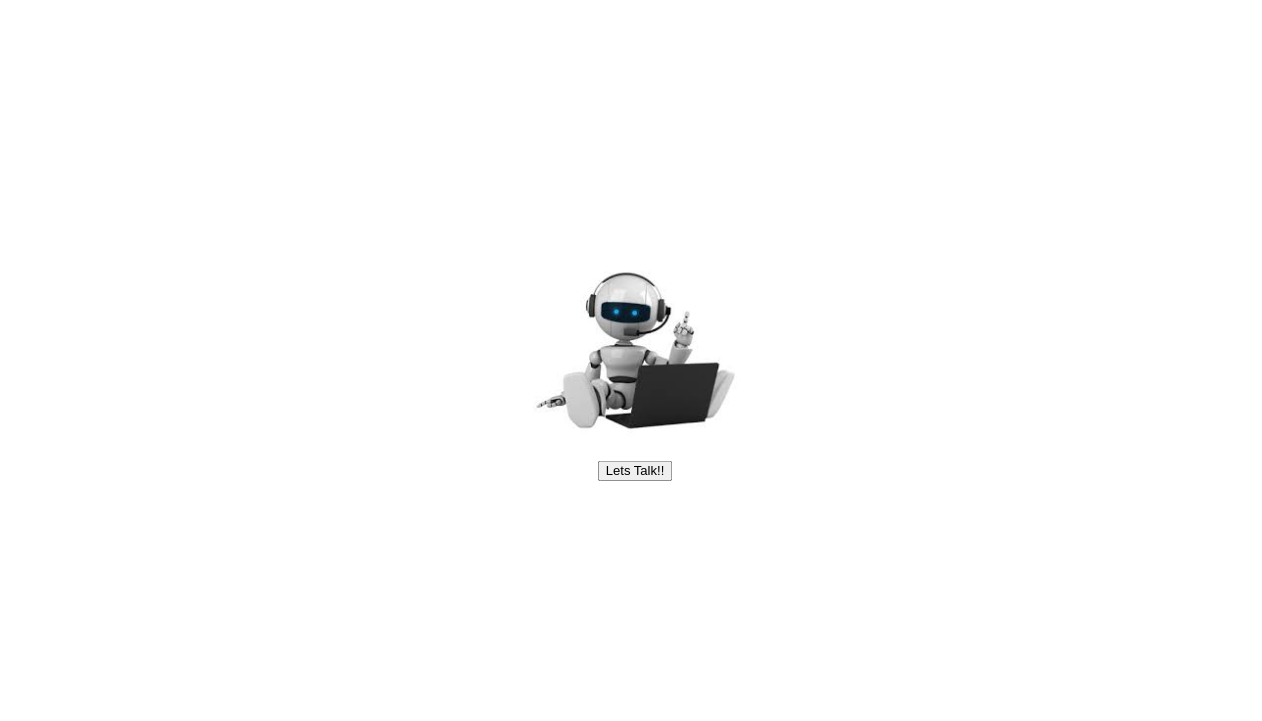
Repository: Ellisvelandia/talkingbot
Page: index.html
An editor plug-in stored every save of this project. The page is shown before and after the next save, followed by the edit.
The browser window is 1280 px wide. The page is 1288 px wide, so the pictures cover 1288 px, including what lies to the right of the window. The pictures show the whole page, at 98% of full size.

Above is the page before, as saved 2022-09-15 23:53:58.

After the next save:
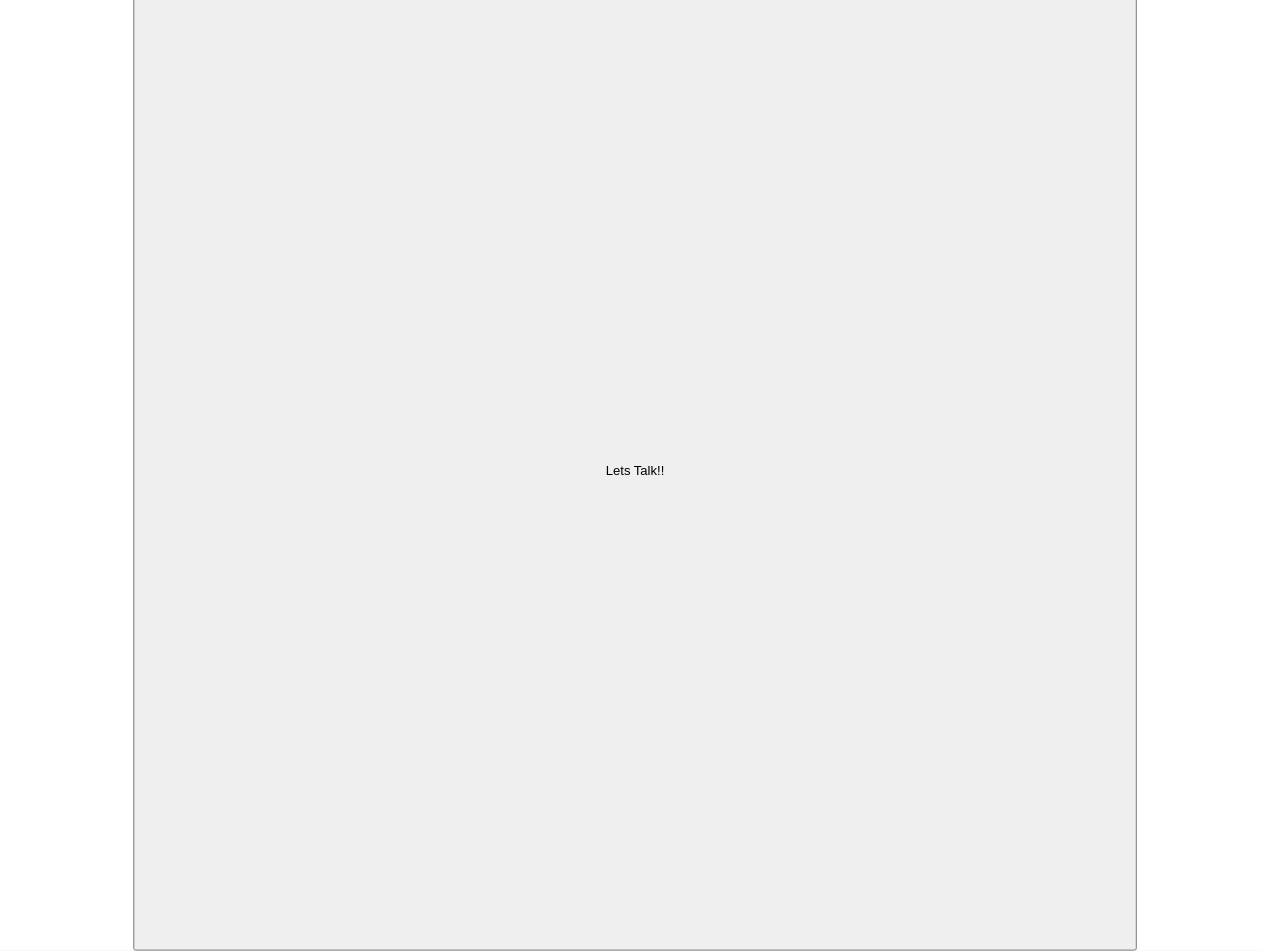
Saved 14 s later.
--- a/style.css
+++ b/style.css
@@ -9,5 +9,5 @@
 }
 
 button {
-  padding: ;
+  padding: 30pc;
 }

After the 2 saves that followed:
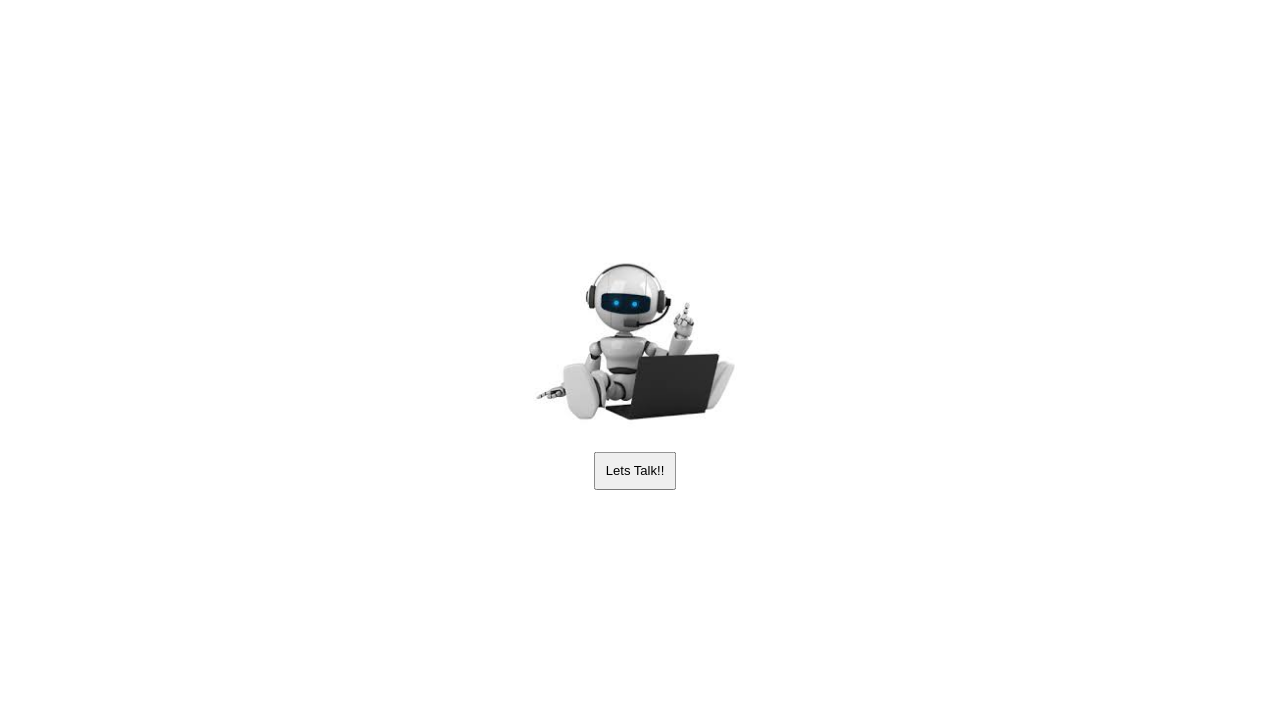
The 2 saves are shown as one change because they came seconds apart.
The last was saved 7 s later.
--- a/style.css
+++ b/style.css
@@ -9,5 +9,5 @@
 }
 
 button {
-  padding: 30pc;
+  padding: 10px;
 }
